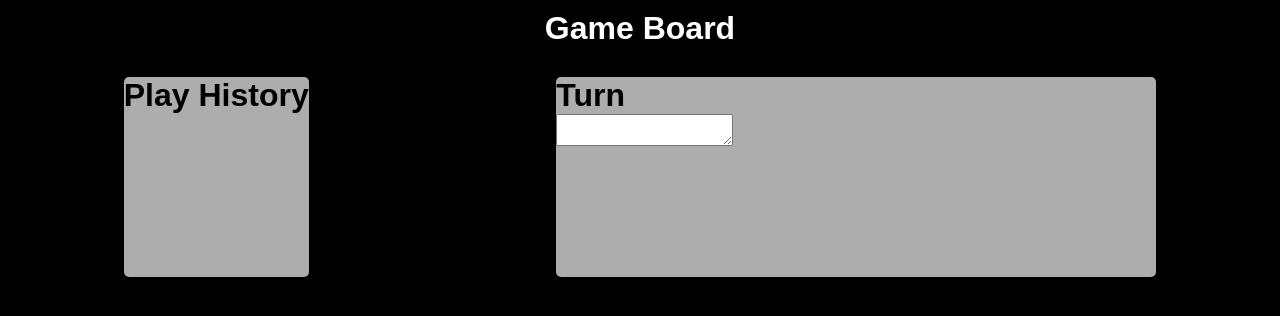
Repository: programmer686/Mastermind-with-Next.js
Page: /, after clicking the first element matching `button.StartScreen_51d34_startscreen__play_button`
These files come from the project's save history. The page is drawn as it stood at one moment and after a run of saves; the edit follows.
The browser window is 1280 px wide. The pictures show the whole page.
The project was rebuilt for these pictures with package versions that can differ from the ones it lists, and the page was loaded fresh each time. The framework's server and built-in components were replaced by stand-ins that run in the browser. Also part of the build but not shown: next.config.js, src/styles/StartScreen.module.css.

Above is the page before, as saved 2023-07-15 19:56:14.

After the next 3 saves:
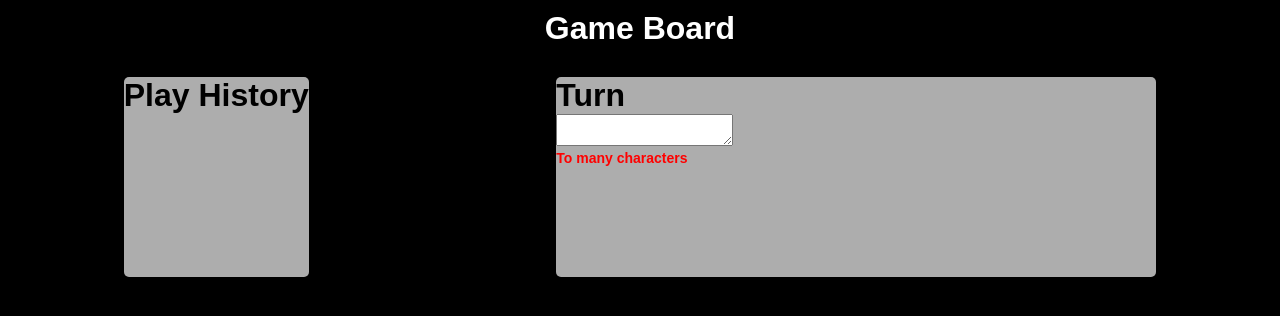
The 3 saves are shown as one change because 2 did not build or start.
The last was saved 68 s later.
--- a/src/comps/GameBoard.js
+++ b/src/comps/GameBoard.js
@@ -11,7 +11,7 @@
         const {value} = e.target
         if (value.length > 4) {
             setToManyCharacters("You can only enter four characters at a time")
-
+            return;
         }
     }
 
@@ -24,7 +24,7 @@
             </div>
             <div className={styles.GameBoard__body}>
                 <PastPlay/>
-                <GamePlay handleInput={handleInput} toManyCharacters={toManyCharacters}/>
+                <GamePlay handleInput={handleInput} toManyCharacters={true}/>
             </div>
         </main>
     )

After the 3 saves that followed:
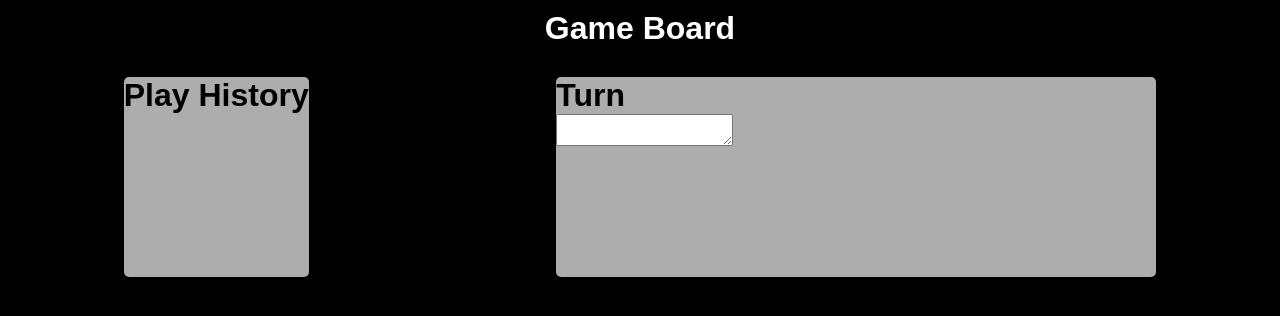
The 3 saves are shown as one change because 2 left the picture as it was.
The last was saved 2 min 40 s later.
--- a/src/comps/GameBoard.js
+++ b/src/comps/GameBoard.js
@@ -8,10 +8,10 @@
     const [userInput, setUserInput] = useState("")
     const [toManyCharacters, setToManyCharacters] = useState("");
     function handleInput(e) {
-        const {value} = e.target
+        let {value} = e.target
         if (value.length > 4) {
             setToManyCharacters("You can only enter four characters at a time")
-            return;
+
         }
     }
 
--- a/src/comps/GamePlay.js
+++ b/src/comps/GamePlay.js
@@ -5,7 +5,7 @@ export default function GamePlay(props) {
         <main className={styles.GamePlay__board }>
             <h1 className={styles.GamePlay__title}>Turn</h1>
             <textarea onChange={props.handleInput}/>
-            {props.toManyCharacters ? <p className={styles.GamePlay__error}>To many characters</p> : <></>}
+            {props.toManyCharacters ? <p className={styles.GamePlay__error}>{props.toManyCharacters}</p> : <></>}
         </main>
     )
 }
